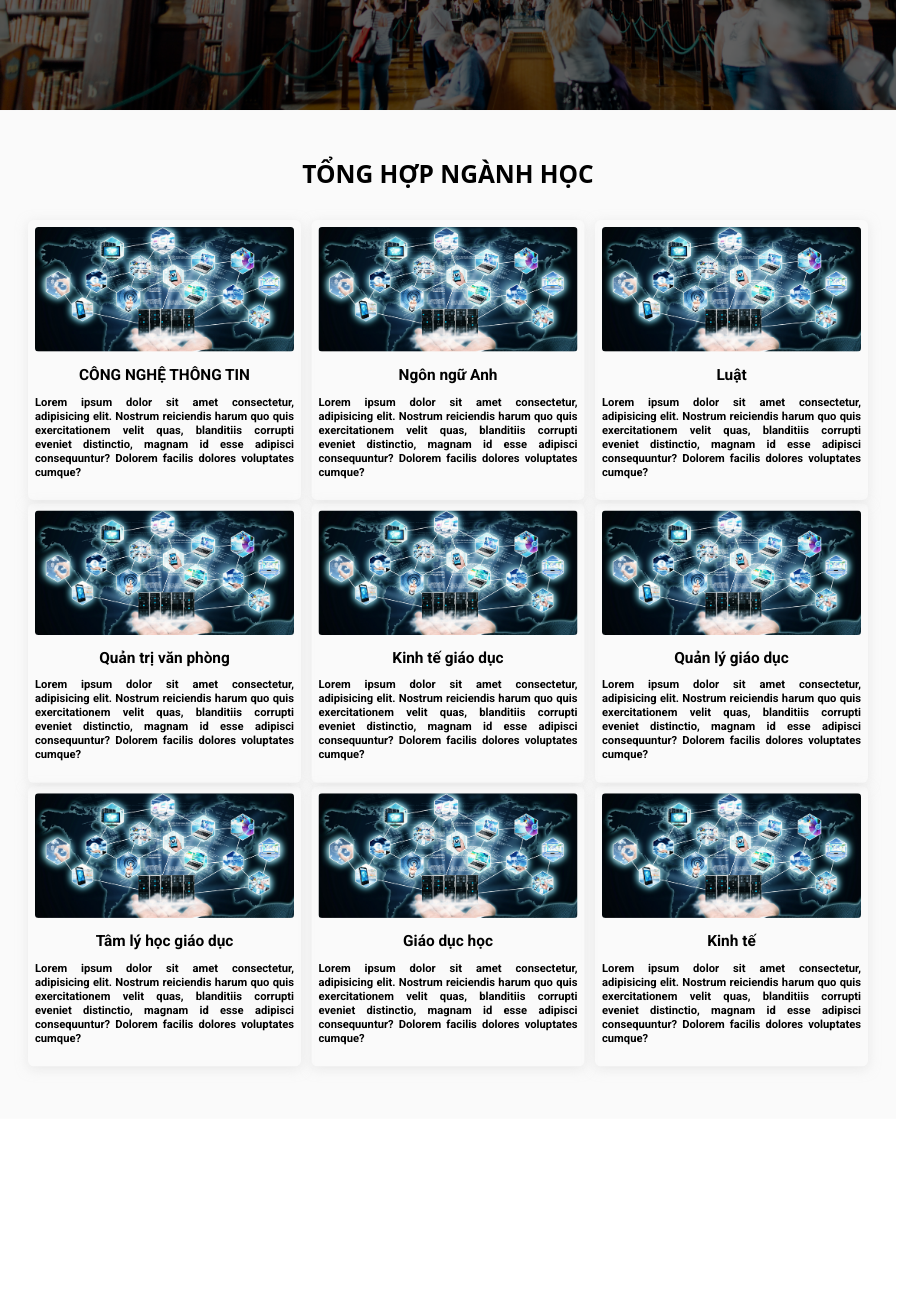
Repository: hongphuck1/trangweb1
Page: index.html
An editor plug-in stored every save of this project. The page is shown before and after the next save, followed by the edit.
The browser window is 1280 px wide. The page is 1288 px wide, so the pictures cover 1288 px, including what lies to the right of the window. The pictures show the part of the page from y = 1765 to 3645 px (the page is 4941 px tall), at 70% of full size.

Above is the page before, as saved 2021-09-07 02:18:25.

After the next save:
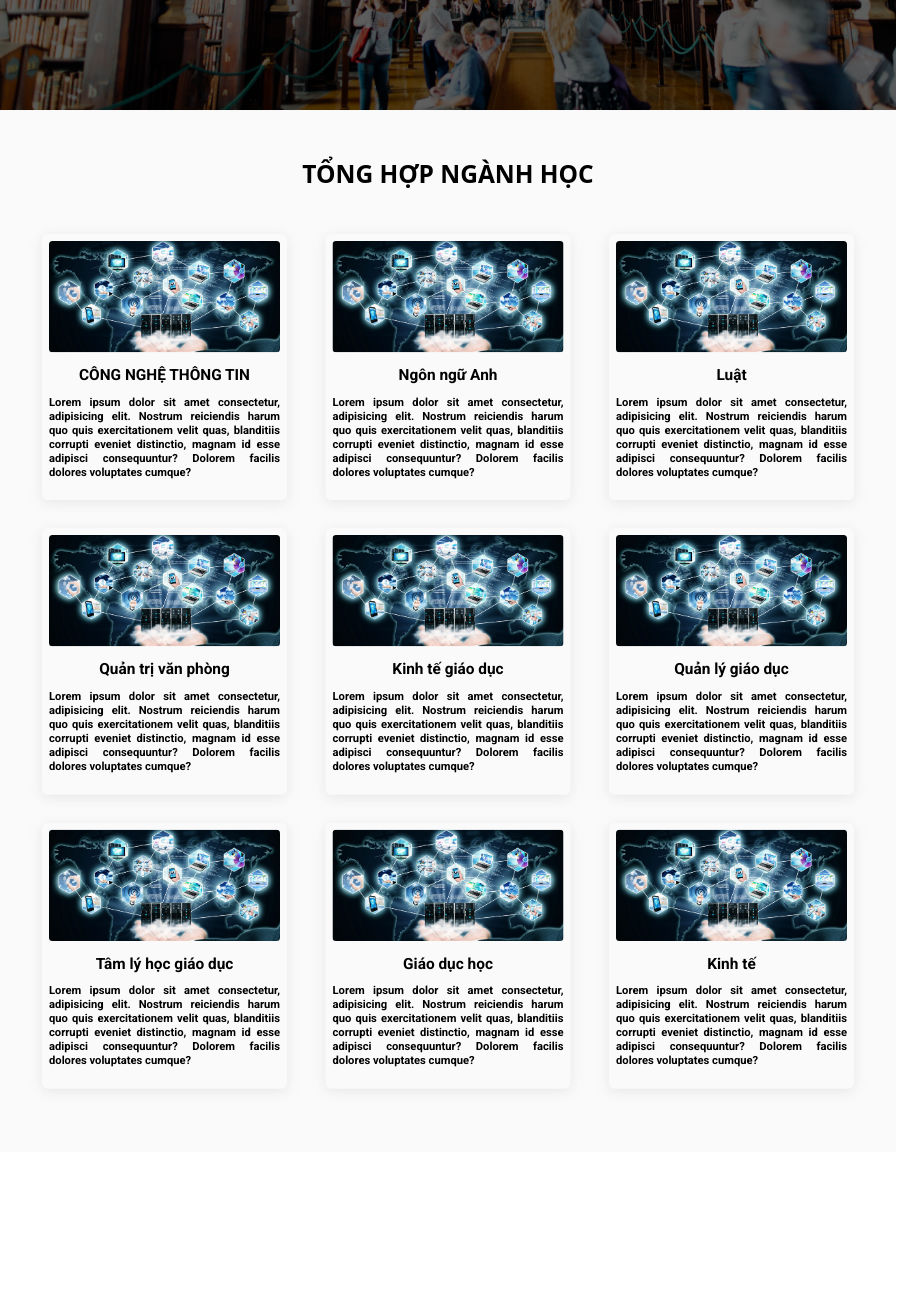
Saved 11 s later.
--- a/css/style.css
+++ b/css/style.css
@@ -289,7 +289,7 @@
   /* background-color: #c2c9dd; */
   text-align: center;
   color: #000000;
-  padding: 0 -20px;
+  margin: 20px;
   box-shadow: rgb(215 215 215 / 50%) 0px 4px 16px;
   border-radius: 8px;
 }
